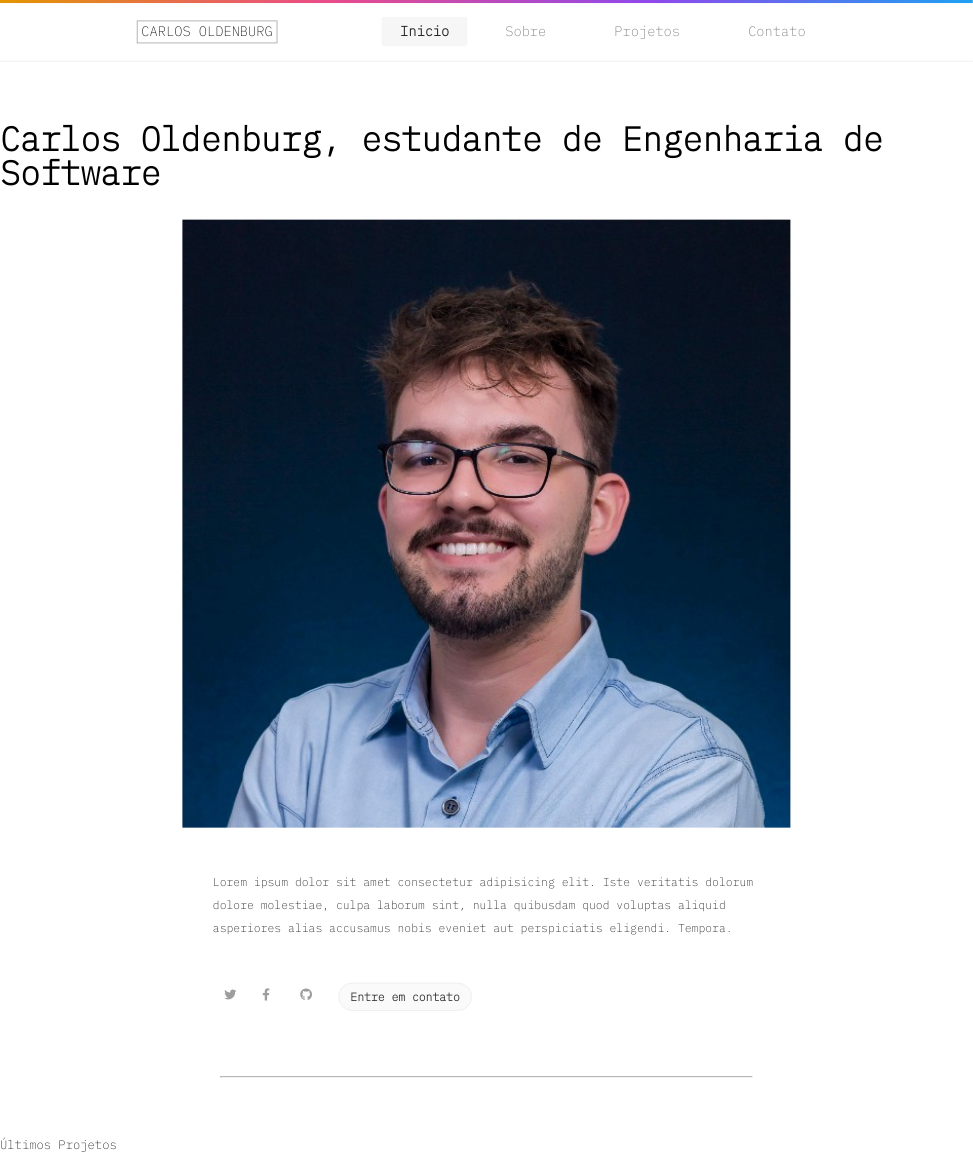
Repository: Carolden/PortfolioCrie
Page: index.html
The author's editor kept a copy of each file at every save. The page is drawn from the files as they stood at one save, then again after the next save.
The browser window is 1280 px wide. The pictures show the whole page, at 76% of full size.

Above is the page before, as saved 2023-05-23 09:41:16.

After the next save:
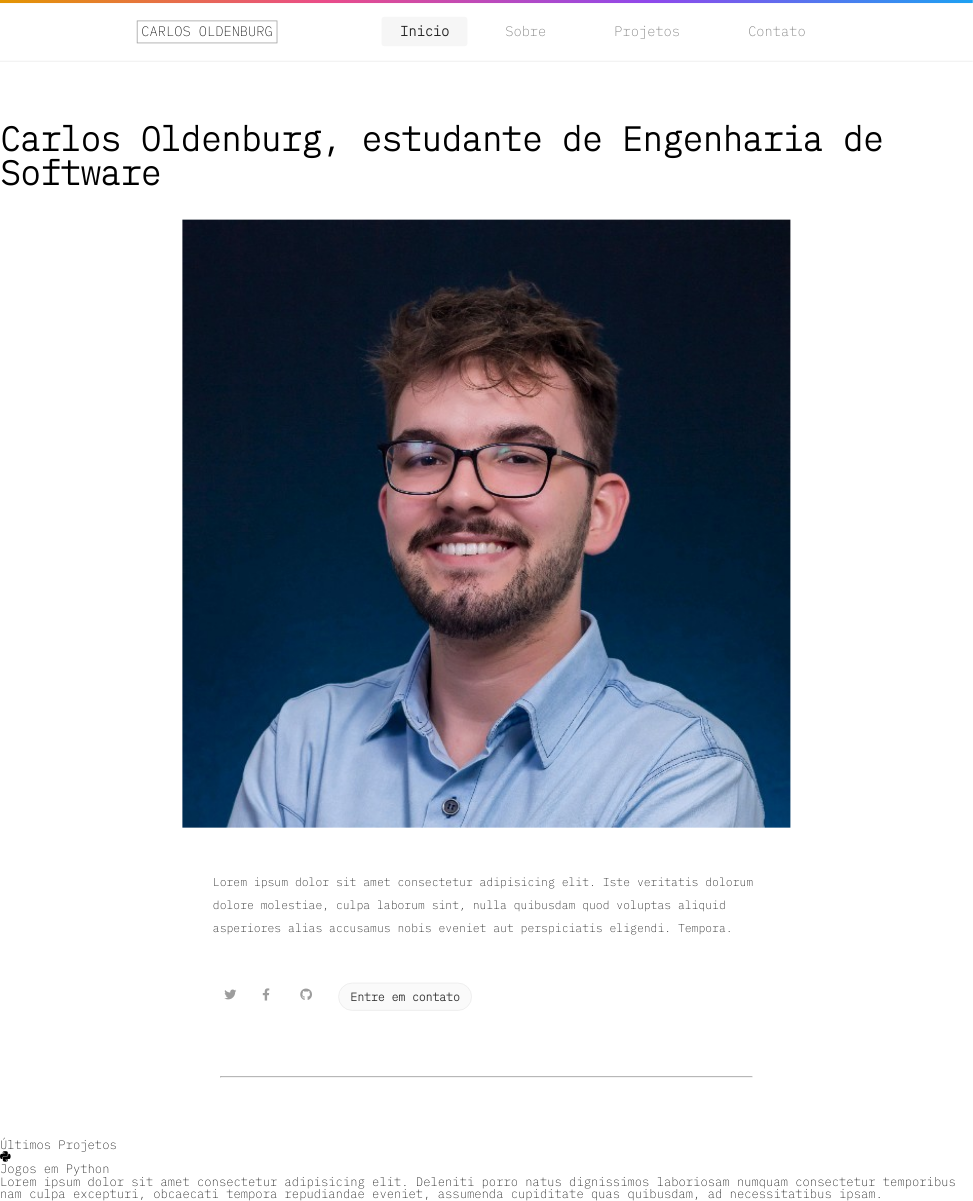
Saved 8 min 54 s later.
--- a/index.html
+++ b/index.html
@@ -73,7 +73,13 @@
 
     <section class="last__projects">
         <h2 class="h2">Últimos Projetos</h2>
-        <div class="project__index"></div>
+
+        <div class="project__index">
+
+            <i class="fa-brands fa-python python"></i>
+            <h3 class="h3">Jogos em Python</h3>
+            <p>Lorem ipsum dolor sit amet consectetur adipisicing elit. Deleniti porro natus dignissimos laboriosam numquam consectetur temporibus nam culpa excepturi, obcaecati tempora repudiandae eveniet, assumenda cupiditate quas quibusdam, ad necessitatibus ipsam.</p>
+        </div>
     </section>
 
 
